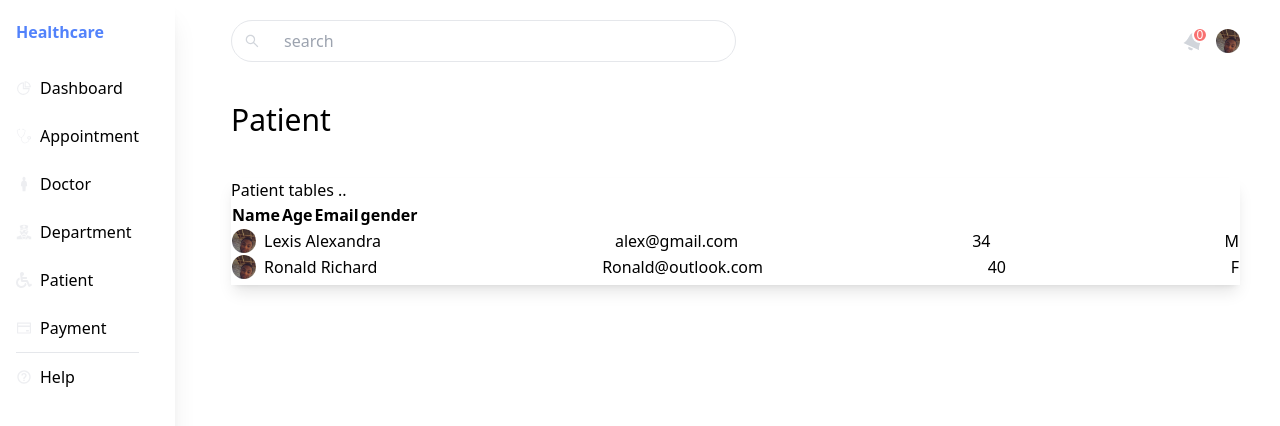
Repository: hisreal123/healthcare-dashboard
Page: /patient
These files come from the project's save history. The page is drawn as it stood at one moment and after the next save; the edit follows.
The browser window is 1280 px wide. The pictures show the whole page.
The project was rebuilt for these pictures with package versions that can differ from the ones it lists, and the page was loaded fresh each time. Also part of the build but not shown: vite.config.ts, src/routes/Error.tsx, src/views/Dashboard.tsx, components/tables/AppointementTable.tsx, src/views/Appointment.tsx, src/views/Doctor.tsx, src/views/Department.tsx, src/views/Payment.tsx and 1 more.

Above is the page before, as saved 2023-05-05 19:11:31.

### src/main.tsx
import React from 'react'
import ReactDOM from 'react-dom/client'
import App from './App.tsx'
import './index.css'


ReactDOM.createRoot(document.getElementById('root') as HTMLElement).render(
  <React.StrictMode>
    <App />
  </React.StrictMode>,
)

### src/App.tsx
import React from "react"
import {
  createBrowserRouter,
  RouterProvider,
} from "react-router-dom";
import Navigation from "../components/Navigation";
import Error from "./routes/Error";
import Dashboard from "./views/Dashboard";
import Appointment from "./views/Appointment";
import Doctor from "./views/Doctor";
import Department from "./views/Department";
import Patient from "./views/Patient";
import Payment from "./views/Payment";
import Help from "./views/Help";
import { Provider } from "react-redux";
import store from '../redux/store';

const router = createBrowserRouter([
  {
    path: "/",
    element: <Navigation />,
    errorElement: <Error />,

    children: [
      {
        path: "/dashboard",
        element: <Dashboard />,
      },
      {
        path: "/appointment",
        element: <Appointment />,
      },
      {
        path: "/doctor",
        element: <Doctor />,
      },
      {
        path: "/department",
        element: <Department />,
      },
      {
        path: "/patient",
        element: <Patient />,
      },
      {
        path: "/payment",
        element: <Payment />,
      },
      {
        path: "/help",
        element: <Help />,
      },
    ]

  }
]);



function App() {
  return (
    <Provider store={store}>
      <RouterProvider router={router} />
    </Provider>
  )
}

export default App

### components/Navigation.tsx
import { Outlet } from "react-router-dom";
import { list } from "../src/data/Links";

export default function Navigation() {

    return (
        <>
            <section className="flex space-x-4">
                <div id="sidebar" className="  h-screen shadow-xl group">
                    <div className="px-4 ">

                        {/* logo */}
                        <div >
                            <h1 className="py-5 text-[#5282FB] font-bold">Healthcare</h1>
                        </div>

                        {/* nav */}
                        <nav className="relative pr-5 ">
                            <ul className="relative">
                                {list.map((list, index) => {
                                    return (
                                        <li key={index} className="flex space-x-2 items-center py-3 last:border-t ">
                                            <span className="text-gray-200/70 text-md ">{list.icon}</span>
                                            <a href={`./${list.link}`} className="focus:text-[#5282FB] ">{list.name}</a>
                                        </li>
                                    )
                                })}
                            </ul>
                        </nav>
                    </div>
                </div>
                <div id="detail" className="relative w-full"><Outlet /></div>
            </section>
        </>
    );
}

### src/views/Patient.tsx
import React from 'react'
import ProfileHeader from '../../components/holders/ProfileHeader'
import PatientTable from '../../components/tables/PatientsTable'


export default function Patient() {
    return (
        <>
            <section
                className=" px-10 pt-5 w-full relative">
                <ProfileHeader />

                <main className="div mt-10">
                    <h1 className='lg:text-3xl'> Patient</h1>
                    <PatientTable />
                </main>
            </section>
        </>
    )
}

### redux/store.js
import { configureStore } from "@reduxjs/toolkit";
import AppointmentReducer from "./slices/Appointment";
import patientsReducer from "./slices/Patient";



const store = configureStore({
    reducer : {
        appointments:  AppointmentReducer,
        patients:  patientsReducer,
    }
})


export default store

### src/data/Links.tsx
import { Home, BarChart2 } from 'react-feather';
import { GiStethoscope, GiPerson, GiNurseMale } from 'react-icons/gi'
import { FaWheelchair } from 'react-icons/fa'
import { AiOutlineCreditCard, AiOutlinePieChart } from 'react-icons/ai'
import { BiHelpCircle } from 'react-icons/bi'


type Class  = {
    id: number,
    icon: any,
    name:  string,
    link: string
}


export const list: Class[]= [
    {
        id: 1,
        icon: <AiOutlinePieChart />,
        name: 'Dashboard',
        link: './dashboard',
    },
    {
        id: 2,
        icon: <GiStethoscope />,
        name: 'Appointment',
        link: './Appointment',
    },
    {
        id: 3,
        icon: <GiPerson />,
        name: 'Doctor',
        link: './doctor',
    },
    {
        id: 4,
        icon: <GiNurseMale />,
        name: 'Department',
        link: './department',
    },
    {
        id: 5,
        icon: <FaWheelchair />,
        name: 'Patient',
        link: './patient',
    },
    {
        id: 6,
        icon: <AiOutlineCreditCard />,
        name: 'Payment',
        link: './payment',
    },
    {
        id: 7,
        icon: <BiHelpCircle />,
        name: 'Help',
        link: './help',
    },
]

### components/holders/ProfileHeader.tsx
import React from 'react'
import SearchBar from '../Misc/SearchBar'
import { BsFillBellFill } from 'react-icons/bs'



type ImageWrapperProp = {
    ImageWrapperStyle?: string
}
export const ImageWrapper = ({ ImageWrapperStyle }: ImageWrapperProp) => {
    return (
        <>
            <div className={` ${ImageWrapperStyle} cursor-pointer h-6 w-6 overflow-hidden rounded-full bg-black hover:h-6 hover:w-6`}>
                <img src='./profile.jpg' alt="" className='object-center ' />
            </div>
        </>
    )
}


export default function ProfileHeader() {

    const count = 0
    return (
        <>
            <section className='flex items-center justify-between relative w-full'>

                <SearchBar />

                <div className="right flex  items-center space-x-3">

                    <span className='relative group'>
                        <BsFillBellFill className=" cursor-pointer text-xl text-gray-300 rotate-[25deg] group-hover:text-gray-400" />
                        <span className=" cursor-pointer absolute -top-1 -right-1 text-xs text-white border-2 border-white  bg-red-400  group-hover:bg-red-600 rounded-full h-4 w-4  flex items-center  justify-center">
                            {count}
                        </span>
                    </span>


                    <ImageWrapper ImageWrapperStyle='' />
                </div>
            </section>
        </>
    )
}

### components/tables/PatientsTable.tsx
import React, { Fragment } from 'react'
import { useSelector } from 'react-redux'
import { selectAllPatient } from '../../redux/slices/Patient'
import { ImageWrapper } from '../holders/ProfileHeader'


type PatientTableProps = {
    patientStyle?: string
}


export default function PatientTable({ patientStyle }: PatientTableProps) {

    const patients: any = useSelector(selectAllPatient);
    console.log(patients)


    const PatientList = patients.map((patient: any, index: number) => {
        return (
            <>
                <tbody key={index} className="flex-1 w-full flex relative justify-between">
                    <td className='flex item-center space-x-2'>
                        <ImageWrapper />
                        <span>
                            {patient.name}
                        </span>
                    </td>
                    <td>{patient.email}</td>
                    <td>{patient.age}</td>
                    <td>{patient.gender}</td>
                </tbody>
            </>
        )
    })


    const PTable = () => {
        return (
            <>
                <table className="relative w-full  inline-block">
                    <thead>
                        <tr className='flex-1 w-full flex relative justify-between'>
                            <th>Name</th>
                            <th>Age</th>
                            <th>Email</th>
                            <th>gender</th>
                        </tr>
                    </thead>
                    {PatientList}
                </table>
            </>
        )
    }


    return (
        <>
            <section className={`${patientStyle} mt-10 bg-white shadow-lg relative`}>
                <h1> Patient tables ..</h1>
                <PTable />
            </section>
        </>
    )
}

### redux/slices/Appointment.js
import { createSlice } from "@reduxjs/toolkit";
import { sub } from "date-fns";

// const GENDER =  'M' || 'F',

// const userType = {
//     id: String,
//     name: String,
//     gender: String,
//     age: Number,
//     email:String
// }


const initialState = [

]



const appointmentsSlice = createSlice({
    name: 'appointments',
    initialState,
    reducers : {
        createAppointment (state, action ){
            state.push(action.payload)
        }
    }
})


export const createAppointment = appointmentsSlice.actions
export default appointmentsSlice.reducer

### redux/slices/Patient.js
import { createSlice } from "@reduxjs/toolkit";

const initialState = [
    {
        id:'1',
        image: '../profile.jpg',
        name: 'Lexis Alexandra',
        gender: 'M',
        age: 34,
        email: 'alex@gmail.com'
    },
    {
        id:'2',
        image: '../profile.jpg',
        name: 'Ronald Richard',
        gender: 'F',
        age: 40,
        email: 'Ronald@outlook.com'
    },
];

const patientsSlice = createSlice({
    name: 'patients',
    initialState,
    reducers: {
        addPatient(state, action) {
            state.push(action.payload);
        },
    },
});

export const selectAllPatient = (state) => state.patients;
export const { addPatient } = patientsSlice.actions;
export default patientsSlice.reducer;

### components/Misc/SearchBar.tsx
import React from 'react'
import { AiOutlineSearch } from 'react-icons/ai'

type SearchProps = {
    SearchStyle?: string
}

export default function SearchBar({ SearchStyle }: SearchProps) {
    const [name, setName] = React.useState('');



    const handleSearchClicked = (e: any) => {
        setName(e.target.value)
        console.log(name)
    }

    const handleFormSearch = (e: any) => {
        e.preventDefault()
        console.log(name)

        setName('')
    }
    return (
        <>
            <div className="search flex rounded-3xl overflow-hidden border items-center  w-1/2 ">
                <form className='flex items-center' onSubmit={handleFormSearch}>
                    <span className='px-3 relative'>
                        <AiOutlineSearch className="text-gray-300" onClick={handleSearchClicked} />
                    </span>
                    <input
                        type="text"
                        placeholder='search'
                        className={`${SearchStyle}  outline-none w-full py-2 pl-3 `}
                        aria-expanded
                        value={name}
                        onChange={handleSearchClicked}
                    />
                </form>
            </div>
        </>
    )
}

### tailwind.config.js
/** @type {import('tailwindcss').Config} */
export default {
   content: [
    "./index.html",
    "./src/**/*.{js,ts,jsx,tsx}",
    "./components/**/*.{js,ts,jsx,tsx}",
  ],
  theme: {
    extend: {},
  },
  plugins: [],
}

Loaded but not shown: index.html (common file); src/index.css (common file)

After the next save:
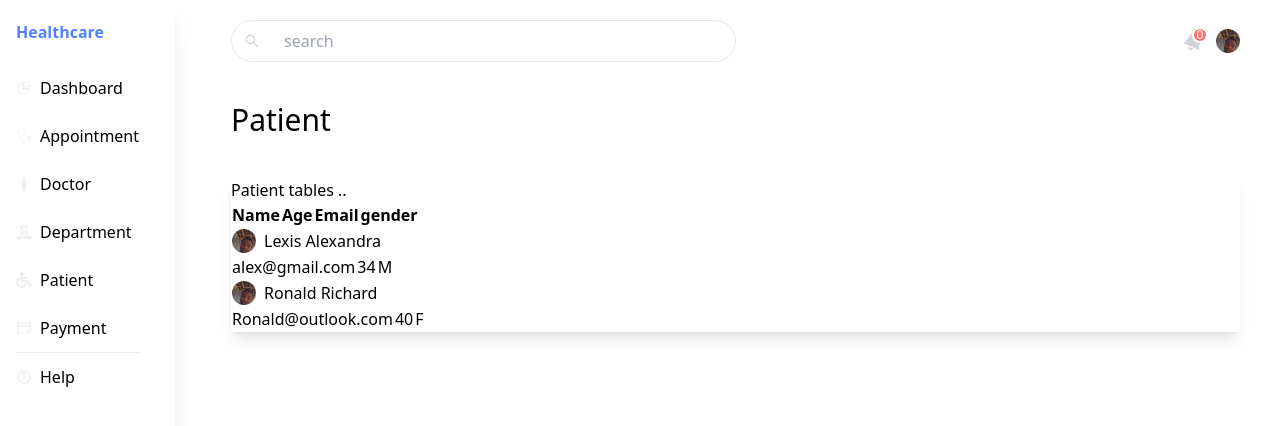
Saved 8 s later.
--- a/components/tables/PatientsTable.tsx
+++ b/components/tables/PatientsTable.tsx
@@ -19,15 +19,18 @@ export default function PatientTable({ patientStyle }: PatientTableProps) {
         return (
             <>
                 <tbody key={index} className="flex-1 w-full flex relative justify-between">
-                    <td className='flex item-center space-x-2'>
-                        <ImageWrapper />
-                        <span>
-                            {patient.name}
-                        </span>
-                    </td>
-                    <td>{patient.email}</td>
-                    <td>{patient.age}</td>
-                    <td>{patient.gender}</td>
+                    <tr>
+
+                        <td className='flex item-center space-x-2'>
+                            <ImageWrapper />
+                            <span>
+                                {patient.name}
+                            </span>
+                        </td>
+                        <td>{patient.email}</td>
+                        <td>{patient.age}</td>
+                        <td>{patient.gender}</td>
+                    </tr>
                 </tbody>
             </>
         )
